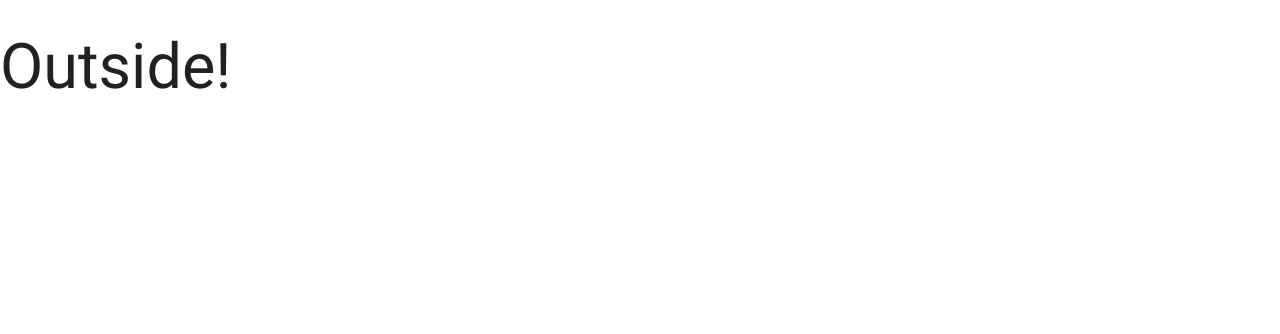
Repository: amcali/task_manager
Page: http://localhost/
The author's editor kept a record of every edit. The page is drawn from the files as they stood at one moment, then again after the next edit.
The browser window is 1280 px wide. The pictures show the whole page.
Some web libraries are served in a nearby version. The page is served by the project's application, run on Flask 3 (app.py). Queries for data that is not in the repository find no rows.

Above is the page before.

After the next edit:
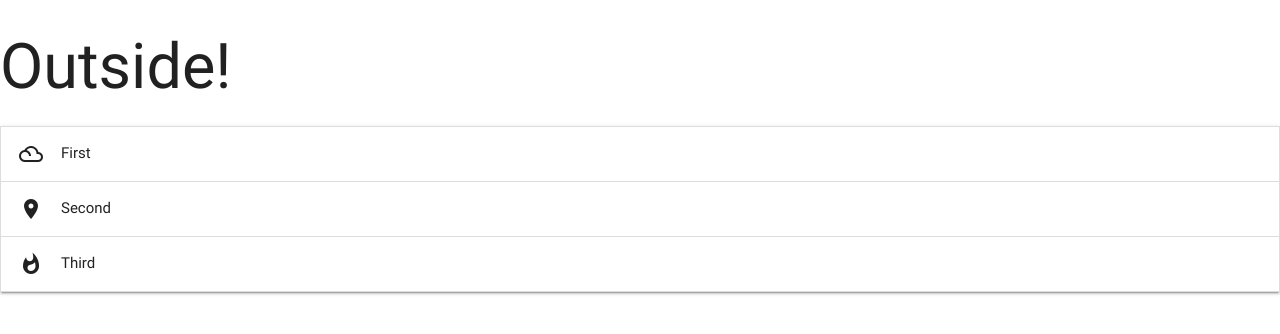
The edit:
--- a/templates/tasks.html
+++ b/templates/tasks.html
@@ -8,4 +8,19 @@
         {{task.is_urgent}}
         {{task.due_date}}
     {% endfor %}
+
+    <ul class="collapsible" data-collapsible="accordion">
+        <li>
+            <div class="collapsible-header"><i class="material-icons">filter_drama</i>First</div>
+            <div class="collapsible-body"><span>Lorem ipsum dolor sit amet.</span></div>
+        </li>
+        <li>
+            <div class="collapsible-header"><i class="material-icons">place</i>Second</div>
+            <div class="collapsible-body"><span>Lorem ipsum dolor sit amet.</span></div>
+        </li>
+        <li>
+            <div class="collapsible-header"><i class="material-icons">whatshot</i>Third</div>
+            <div class="collapsible-body"><span>Lorem ipsum dolor sit amet.</span></div>
+        </li>
+    </ul>
 {% endblock %}
